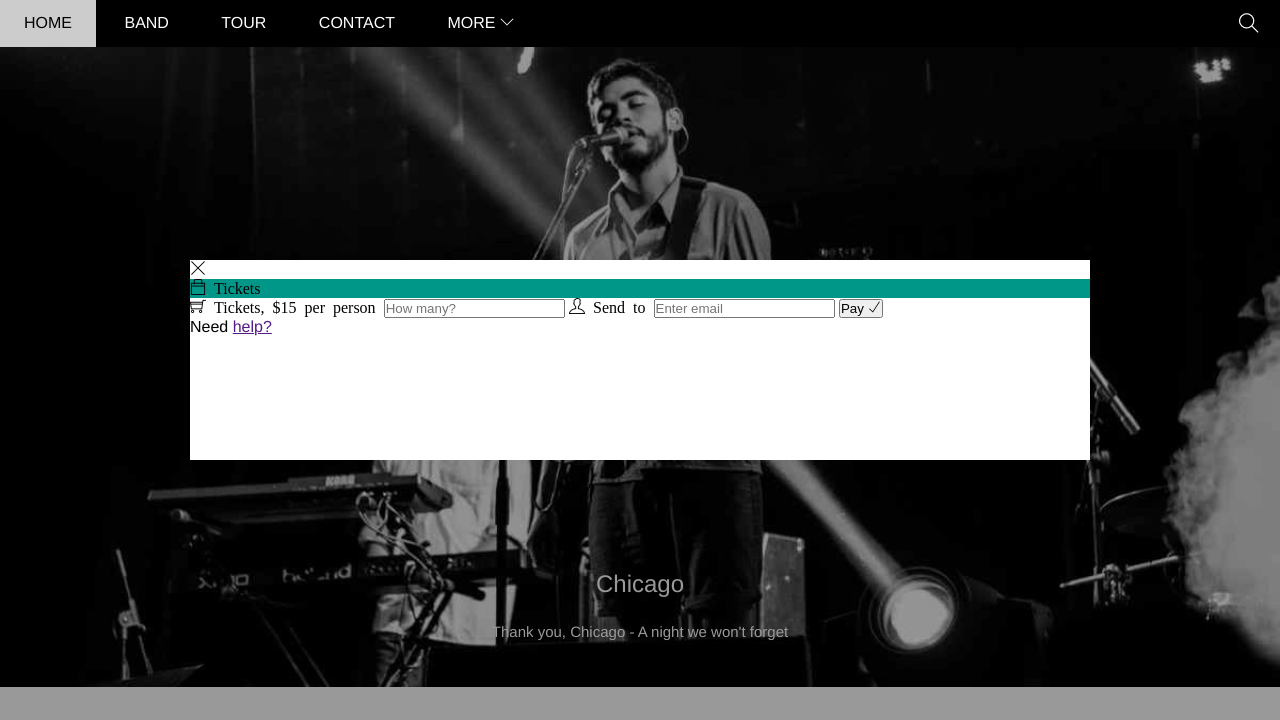
Repository: qhoa25623/The-Band
Page: index.html
An editor plug-in stored every save of this project. The page is shown before and after the next save, followed by the edit.
The browser window is 1280 px wide. The pictures show the window.
A layer covers the whole window, so only the first screen is drawn.

Above is the page before, as saved 2022-04-27 22:32:07.

### index.html
<!DOCTYPE html>
<html lang="en">
  <head>
    <meta charset="UTF-8" />
    <meta http-equiv="X-UA-Compatible" content="IE=edge" />
    <meta name="viewport" content="width=device-width, initial-scale=1.0" />
    <title>Document</title>
    <link rel="stylesheet" href="./assets/css/styles.css" />
    <link
      rel="stylesheet"
      href="./assets/fonts/themify-icons/themify-icons.css"
    />
  </head>
  <body>
    <div id="main">
      <div id="header">
        <ul id="nav">
          <li><a href="">Home</a></li>
          <li><a href="">Band</a></li>
          <li><a href="">Tour</a></li>
          <li><a href="">Contact</a></li>
          <li>
            <a href="">
              More
              <i class="nav-arrow-down ti-angle-down"></i>
            </a>
            <ul class="subnav">
              <li><a href="">Merchandise</a></li>
              <li><a href="">Extras</a></li>
              <li><a href="">Media</a></li>
            </ul>
          </li>
        </ul>
        <div class="search-btn">
          <i class="search-icon ti-search"></i>
        </div>
      </div>
      <div id="slider">
        <div class="text-content">
          <h2 class="text-heading">Chicago</h2>
          <div class="text-description">
            Thank you, Chicago - A night we won't forget
          </div>
        </div>
      </div>
      <div id="content">
        <!-- About section-->
        <div class="content-section">
          <h2 class="section-heading">THE BAND</h2>
          <p class="section-sub-heading">We love music</p>
          <p class="about-text">
            We have created a fictional band website. Lorem ipsum dolor sit
            amet, consectetur adipiscing elit, sed do eiusmod tempor incididunt
            ut labore et dolore magna aliqua. Ut enim ad minim veniam, quis
            nostrud exercitation ullamco laboris nisi ut aliquip ex ea commodo
            consequat. Duis aute irure dolor in reprehenderit in voluptate velit
            esse cillum dolore eu fugiat nulla pariatur. Excepteur sint occaecat
            cupidatat non proident, sunt in culpa qui officia deserunt mollit
            anim id est laborum consectetur adipiscing elit, sed do eiusmod
            tempor incididunt ut labore et dolore magna aliqua. Ut enim ad minim
            veniam, quis nostrud exercitation ullamco laboris nisi ut aliquip ex
            ea commodo consequat.
          </p>
          <div class="member-list">
            <div class="member-item">
              <p class="member-name">Name</p>
              <img
                src="./assets/img/band/member1.jpg"
                alt="Name"
                class="member-img"
              />
            </div>
            <div class="member-item">
              <p class="member-name">Name</p>
              <img
                src="./assets/img/band/member1.jpg"
                alt="Name"
                class="member-img"
              />
            </div>
            <div class="member-item">
              <p class="member-name">Name</p>
              <img
                src="./assets/img/band/member1.jpg"
                alt="Name"
                class="member-img"
              />
            </div>
            <div class="clear"></div>
          </div>
        </div>

        <!-- Tour section-->
        <div class="tour-section">
          <div class="content-section">
            <h2 class="section-heading text-white">TOUR DATES</h2>
            <p class="section-sub-heading text-white">
              Remember to book your tickets!
            </p>
            <ul class="tickets-list">
              <li>September <span class="sold-out">Sold out</span></li>
              <li>October <span class="sold-out">Sold out</span></li>
              <li>November <span class="quantity">3</span></li>
            </ul>
            <!-- Places-->
            <div class="places-list">
              <div class="place-item">
                <img
                  src="./assets/img/places/place1.jpg"
                  alt="New York"
                  class="place-img"
                />
                <div class="place-body">
                  <h3 class="place-heading">New York</h3>
                  <p class="place-time">Fri 27 Nov 2016</p>
                  <p class="place-desc">
                    Praesent tincidunt sed tellus ut rutrum sed vitae justo.
                  </p>
                  <a href="#" class="place-buy-btn">Buy Tickets</a>
                </div>
              </div>

              <div class="place-item">
                <img
                  src="./assets/img/places/place2.jpg"
                  alt="New York"
                  class="place-img"
                />
                <div class="place-body">
                  <h3 class="place-heading">Paris</h3>
                  <p class="place-time">Sat 28 Nov 2016</p>
                  <p class="place-desc">
                    Praesent tincidunt sed tellus ut rutrum sed vitae justo.
                  </p>
                  <a href="#" class="place-buy-btn">Buy Tickets</a>
                </div>
              </div>

              <div class="place-item">
                <img
                  src="./assets/img/places/place3.jpg"
                  alt="New York"
                  class="place-img"
                />
                <div class="place-body">
                  <h3 class="place-heading">San Francisco</h3>
                  <p class="place-time">Sun 29 Nov 2016</p>
                  <p class="place-desc">
                    Praesent tincidunt sed tellus ut rutrum sed vitae justo.
                  </p>
                  <a href="#" class="place-buy-btn">Buy Tickets</a>
                </div>
              </div>
              <div class="clear"></div>
            </div>
          </div>
        </div>

        <!-- Contact section-->
        <div class="content-section">
          <h2 class="section-heading">CONTACT</h2>
          <p class="section-sub-heading">Fan? Drop a note!</p>
        </div>
      </div>
      <div id="footer"></div>
    </div>
    <div class="modal">
      <div class="modal-container">
        <div class="modal-close">
          <i class="ti-close"></i>
        </div>
        <header class="modal-header">
          <i class="ti-bag"> Tickets </i>
        </header>
        <div class="modal-body">
          <label for="" class="modal-label">
            <i class="ti-shopping-cart"> Tickets, $15 per person </i>
          </label>
          <input type="text" class="modal-input" placeholder="How many?" />

          <label for="" class="modal-label">
            <i class="ti-user"> Send to </i>
          </label>
          <input type="text" class="modal-input" placeholder="Enter email" />

          <button id="buy-tickets">
            Pay
            <i class="ti-check"></i>
          </button>
        </div>
        <footer class="modal-footer">
          <p class="modal-help">
            Need <a href="">help?</a>
          </p>
        </footer>
      </div>
    </div>
  </body>
</html>

### assets/css/styles.css
/* Reset CSS */
* {
  padding: 0;
  margin: 0;
  box-sizing: border-box;
}
html {
  font-family: Helvetica, Arial, sans-serif;
}
.clear {
  clear: both;
}
.text-white {
  color: #fff !important;
}
#main {
}
#header {
  position: fixed;
  top: 0;
  left: 0;
  right: 0;
  height: 46.5px;
  background-color: #000;
  z-index: 1;
}
#nav {
  display: inline-block;
}
#nav,
.subnav {
  list-style-type: none;
}
#nav > li {
  display: inline-block;
}
#nav li {
  position: relative;
}
#nav > li > a {
  color: #fff;
  text-transform: uppercase;
}
#nav li a {
  text-decoration: none;
  line-height: 46.5px;
  padding: 0 24px;
  display: block;
}
#nav li:hover .subnav {
  display: block;
}
#nav > li:hover > a,
#nav .subnav li:hover a {
  color: #000;
  background-color: #ccc;
}
#nav .subnav {
  min-width: 160px;
  top: 100%;
  left: 0;
  display: none;
  position: absolute;
  background-color: #fff;
  box-shadow: 0 0 10px rgba(0, 0, 0, 0.3);
}
#nav .subnav a {
  color: #000;
  padding: 0 16px;
  line-height: 38.5px;
}
#nav .nav-arrow-down {
  font-size: 14px;
}
#header .search-btn {
  float: right;
  padding: 0 21px;
}
#header .search-btn:hover {
  background-color: #f44336;
}
#header .search-icon {
  color: #fff;
  font-size: 20px;
  line-height: 46.5px;
}
#slider {
  position: relative;
  margin-top: 46.5px;
  padding-top: 50%;
  background: url("/assets/img/slider/slider1.jpg") top center / cover no-repeat;
}
#slider .text-content {
  position: absolute;
  bottom: 47px;
  color: #fff;
  left: 50%;
  transform: translateX(-50%);
  text-align: center;
}
#slider .text-heading {
  font-weight: 500;
  font-size: 24px;
}
#slider .text-description {
  font-size: 15px;
  margin-top: 25px;
}
#content {
}
#content .content-section {
  width: 800px;
  padding: 64px 0;
  margin-left: auto;
  margin-right: auto;
}
#content .section-heading {
  font-weight: 500;
  text-align: center;
  font-size: 30px;
  letter-spacing: 3px;
}
#content .section-sub-heading {
  text-align: center;
  font-size: 15px;
  margin-top: 25px;
  font-style: italic;
  opacity: 0.6;
}
#content .about-text {
  font-size: 15px;
  margin-top: 25px;
  text-align: justify;
  line-height: 1.4;
}
#content .member-list {
  margin-top: 47px;
}
#content .member-item {
  float: left;
  width: calc(100% / 3);
  text-align: center;
}
#content .member-name {
  font-size: 15px;
}
#content .member-img {
  margin-top: 15px;
  width: 154px;
  border-radius: 4px;
}

.tour-section {
  background: #000;
}
.tickets-list {
  background-color: #fff;
  list-style: none;
  margin-top: 40px;
}
.tickets-list li {
  color: rgb(117, 117, 117);
  font-size: 15px;
  padding: 11px 16px;
  border-bottom: 1px solid rgb(221, 221, 221);
}
.tickets-list .sold-out {
  color: #ffffff;
  background-color: #f44336;
  padding: 3px 4px;
  margin: 0 0 0 16px;
}
.tickets-list .quantity {
  float: right;
  width: 24px;
  height: 22.5px;
  background-color: #000;
  border-radius: 50%;
  text-align: center;
  color: #fff;
  line-height: 22.5px;
  margin-top: -3px;
}
.places-list {
  margin-top: 32px;
  margin-left: -8px;
  margin-right: -8px;
  padding-bottom: 48px;
}
.place-item {
  float: left;
  width: calc(100% / 3);
  padding: 0 8px;
}
.place-img {
  width: 100%;
  display: block;
}
.place-img:hover {
  opacity: 0.6;
}
.place-body {
  background-color: #fff;
  padding: 16px 16px;
  font-size: 15px;
}
.place-heading {
  font-size: 15px;
  font-weight: 550;
}
.place-time {
  margin-top: 15px;
  color: #757575;
}
.place-desc {
  margin-top: 15px;
  line-height: 1.4;
}
.place-buy-btn {
  color: #fff;
  background-color: #000;
  text-decoration: none;
  display: inline-block;
  margin-top: 15px;
  padding: 11px 16px;
}

.place-buy-btn:hover {
  color: #000;
  background-color: #ccc;
}
.modal {
  position: fixed;
  top: 0;
  right: 0;
  left: 0;
  bottom: 0;
  background: rgba(0, 0, 0, 0.4);
  display: flex;
  align-items: center;
  justify-content: center;
}
.modal-container {
  background: #fff;
  width: 900px;
  min-height: 200px;
}

.modal-header{
  background:#009688;

}

Loaded but not shown: assets/fonts/themify-icons/themify-icons.css (common file)

After the next save:
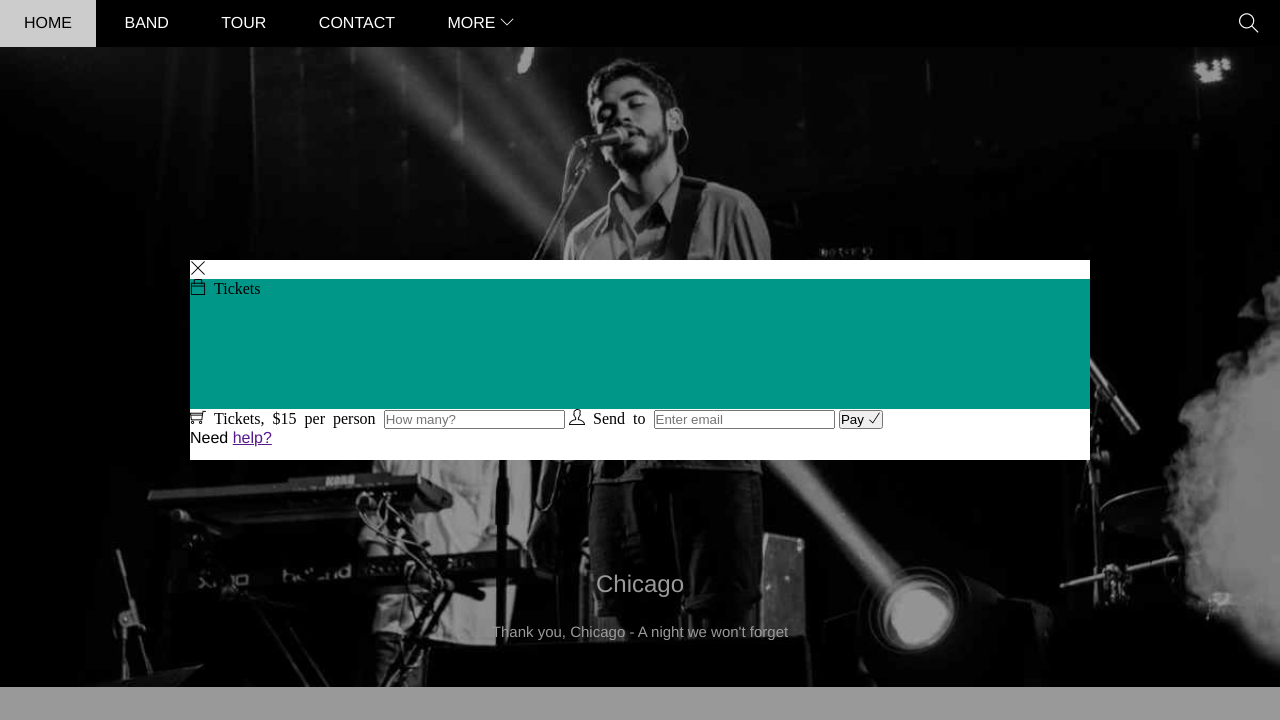
Saved 14 s later.
--- a/assets/css/styles.css
+++ b/assets/css/styles.css
@@ -248,5 +248,5 @@ html {
 
 .modal-header{
   background:#009688;
-
-}
+  height:130px;
+}
